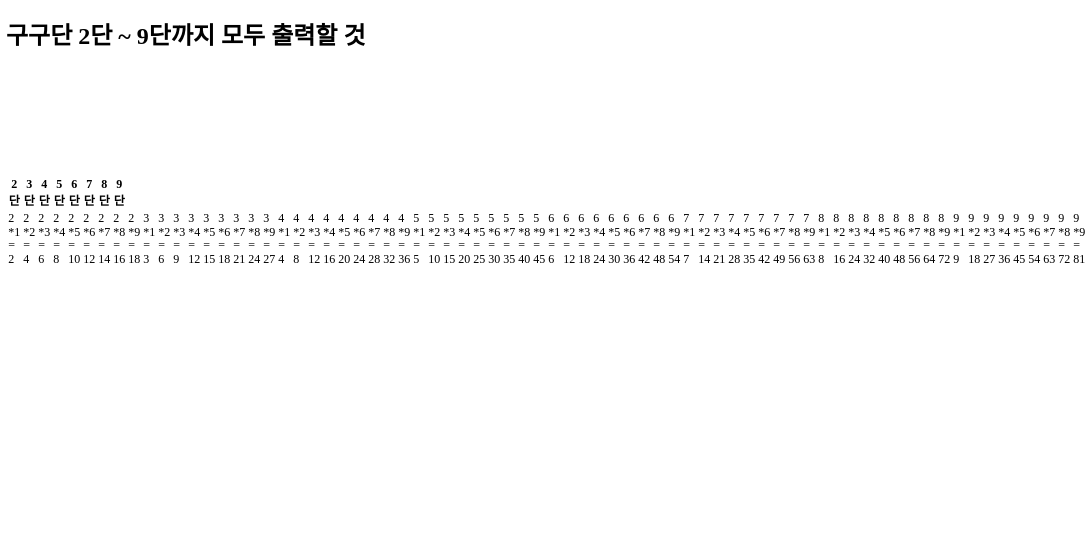
Repository: junirang330/Jsp2026
Page: http://localhost/chapter01/test02.jsp
These files come from the project's save history. The page is drawn as it stood at one moment and after the next save; the edit follows.
The browser window is 1280 px wide. The page is 1450 px wide, then 1280 px, so the pictures cover 1450 px, including what lies to the right of the window. The pictures show the whole page, at 75% of full size.
The page is served by Tomcat 9.

Above is the page before, as saved 2026-10-16 04:19:56.

### chapter01/src/main/webapp/test02.jsp
<%@ page language="java" contentType="text/html; charset=UTF-8"
    pageEncoding="UTF-8" import="java.util.*" %>
<!DOCTYPE html>
<html>
<head>
<meta charset="UTF-8">
<title>Insert title here</title>
</head>
<body>
	<h1>구구단 2단 ~ 9단까지 모두 출력할 것</h1>
	<table>
	<tr>
	<% for(int i = 2; i<=9; i++){ %>
	<th>
	<%= i + "단" %>
	</th>
	<% } %>
	</tr>
	<% for(int i = 2; i<=9; i++){ %>
	<!-- <tr> -->
	<% for(int j = 1; j<=9; j++){ %>
	<td>
		<%=i %> *<%=j %> = <%= i*j %><br/>

	</td>
	<%

		}
	%>
	<!-- </tr> -->
	<br/>
	<%
		}

	%>
	</table>
</body>
</html>

After the next save:
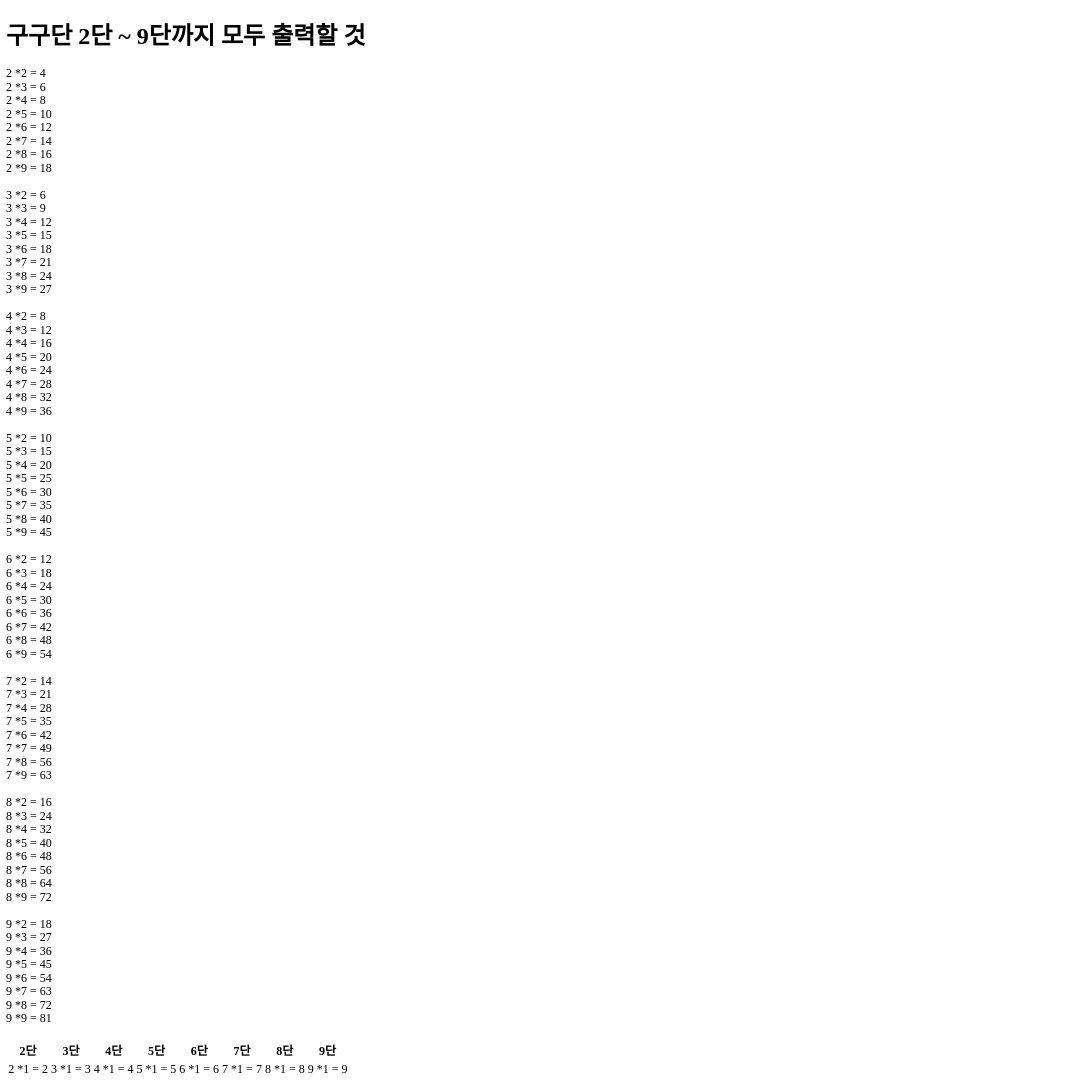
Saved 54 s later.
--- a/chapter01/src/main/webapp/test02.jsp
+++ b/chapter01/src/main/webapp/test02.jsp
@@ -16,10 +16,11 @@
 	</th>
 	<% } %>
 	</tr>
+	<tr>
 	<% for(int i = 2; i<=9; i++){ %>
-	<!-- <tr> -->
+	<td>
 	<% for(int j = 1; j<=9; j++){ %>
-	<td>
+
 		<%=i %> *<%=j %> = <%= i*j %><br/>
 
 	</td>
